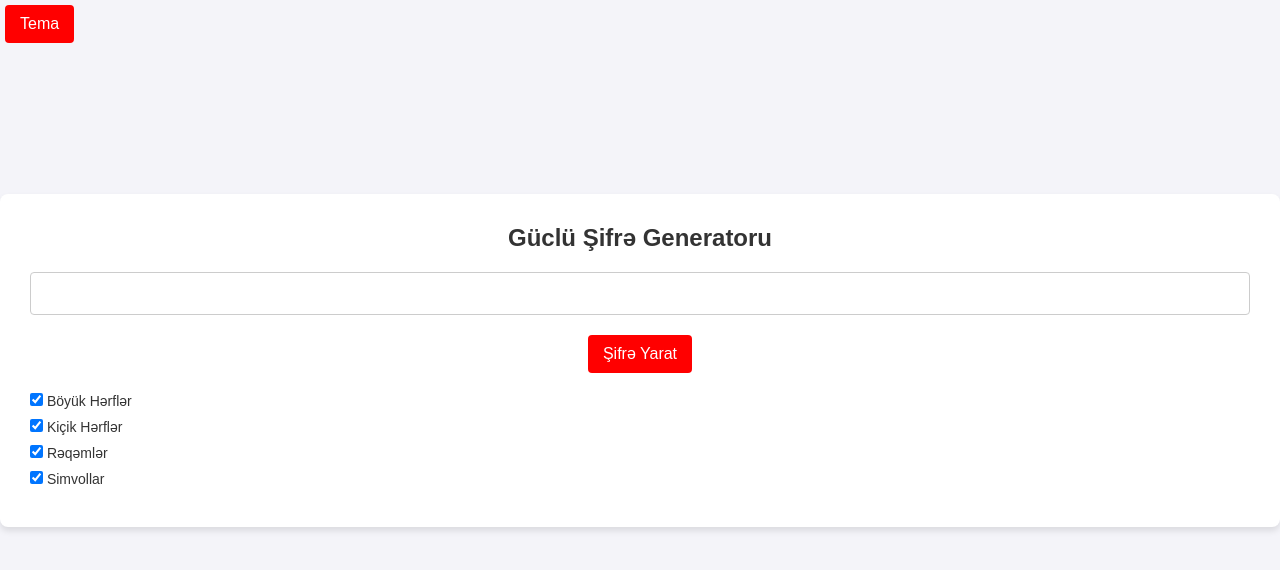
Repository: ferhadsultan98/pass-generator
Page: pass.html
An editor plug-in stored every save of this project. The page is shown before and after a run of saves, followed by the edit.
The browser window is 1280 px wide. The pictures show the whole page.

Above is the page before, as saved 2025-03-04 12:04:28.

After the next 3 saves:
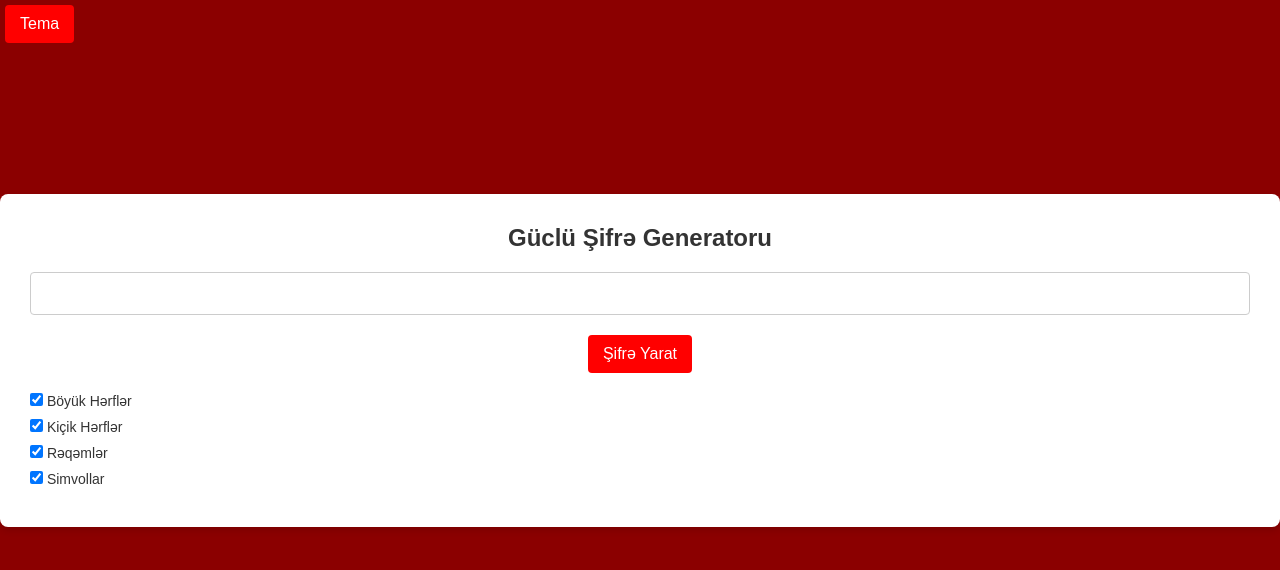
The 3 saves are shown as one change because they came seconds apart.
The last was saved 19 s later.
--- a/pass.html
+++ b/pass.html
@@ -17,7 +17,7 @@
   display: flex;
   justify-content: center;
   align-items: center;
-  background-color: #f4f4f9;
+  background-color: darkred;
   color: #333;
   transition: background-color 0.3s, color 0.3s;
 }

After the 2 saves that followed:
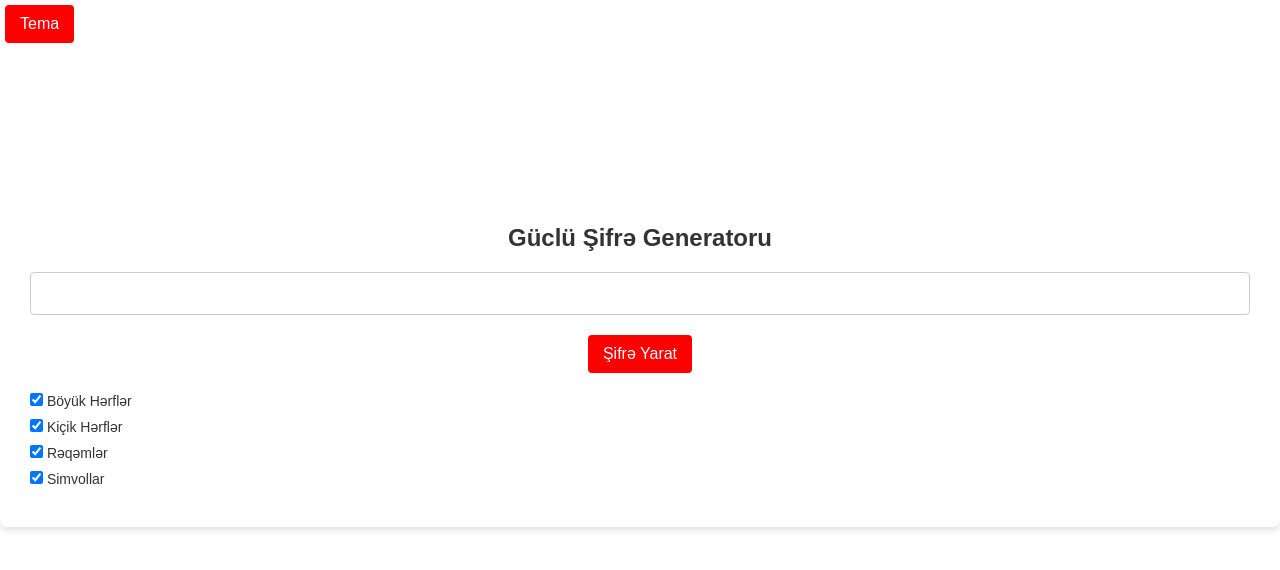
The 2 saves are shown as one change because they came seconds apart.
The last was saved 7 s later.
--- a/pass.html
+++ b/pass.html
@@ -17,7 +17,7 @@
   display: flex;
   justify-content: center;
   align-items: center;
-  background-color: darkred;
+  background: linear-gradient();
   color: #333;
   transition: background-color 0.3s, color 0.3s;
 }
